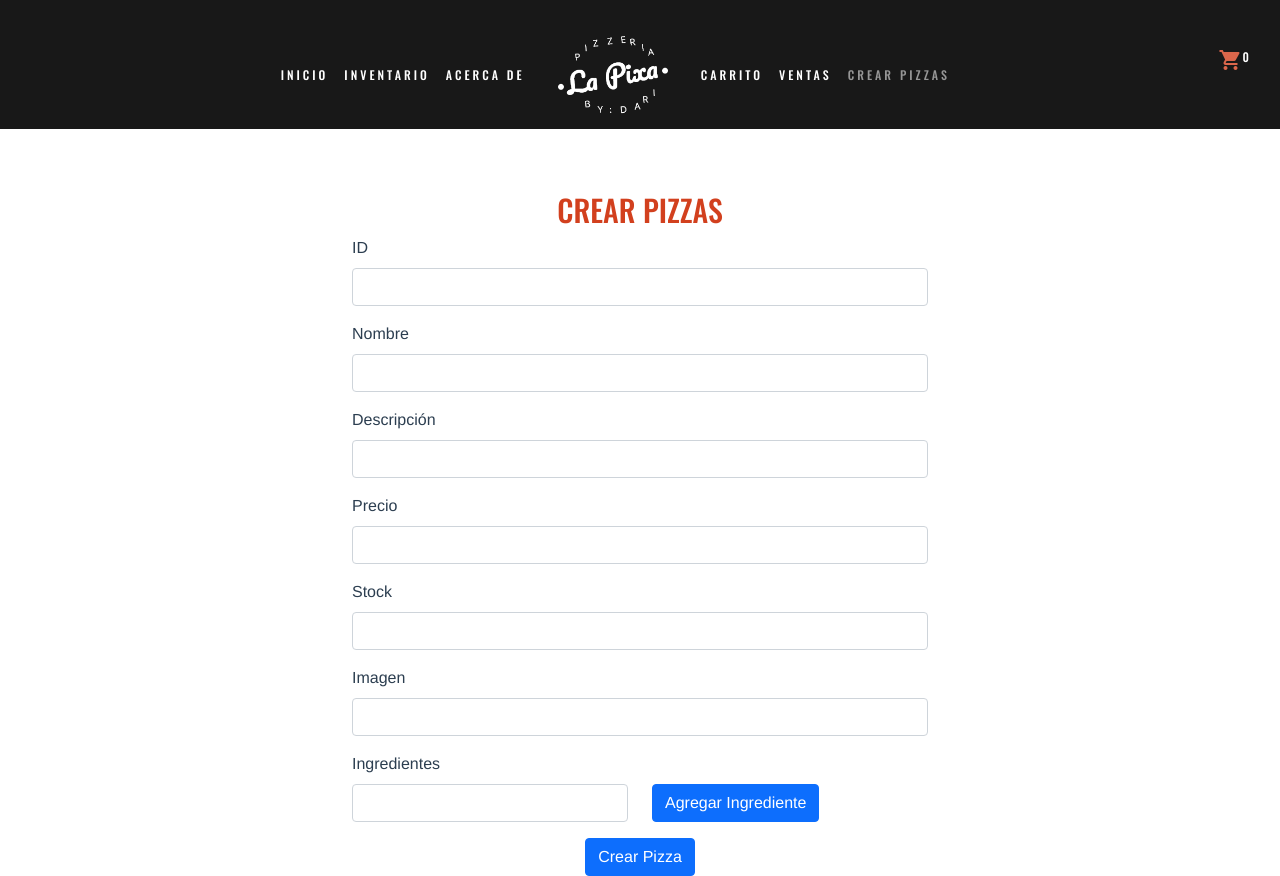
Repository: Darigo30/prueba-vue-dari-pizza
Page: /crearPizzas
These files come from the project's save history. The page is drawn as it stood at one moment and after the next save; the edit follows.
The browser window is 1280 px wide. The pictures show the whole page.
The project was rebuilt for these pictures with package versions that can differ from the ones it lists, and the page was loaded fresh each time. Also part of the build but not shown: src/views/Home.vue.

Above is the page before, as saved 2021-05-23 22:47:13.

After the next save:
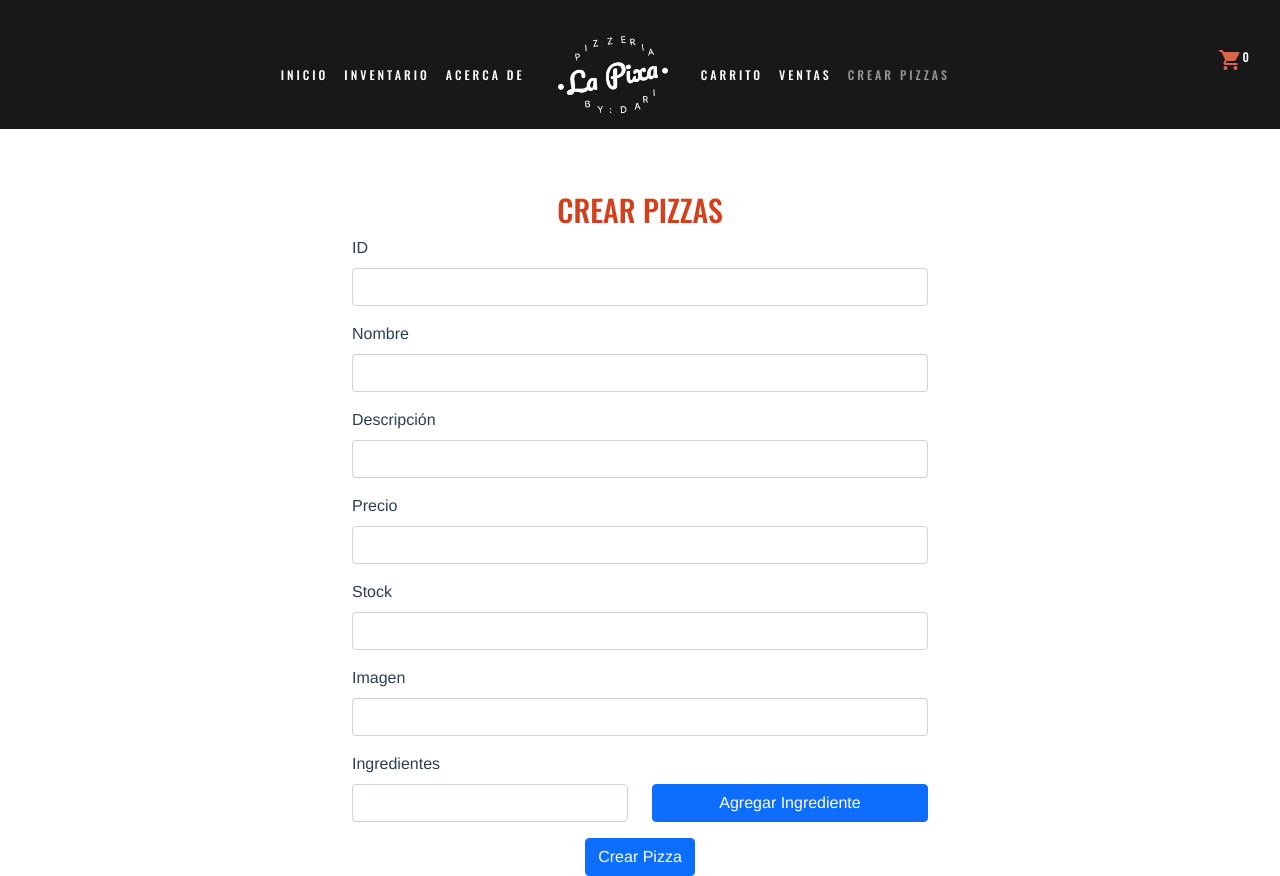
Saved 34 s later.
--- a/src/views/CrearPizzas.vue
+++ b/src/views/CrearPizzas.vue
@@ -35,7 +35,7 @@
                     <input type="text"  v-model="ingrediente" class="form-control" />
                 </div>
                 <div class="col-sm-6">
-                    <button @click="agregarIngrediente(ingrediente)" class="btn btn-primary">Agregar Ingrediente</button>
+                    <button @click="agregarIngrediente(ingrediente)" class="btn btn-primary w-100">Agregar Ingrediente</button>
                 </div>
             </div>
             <div v-if="pizza.ing.length > 0">
